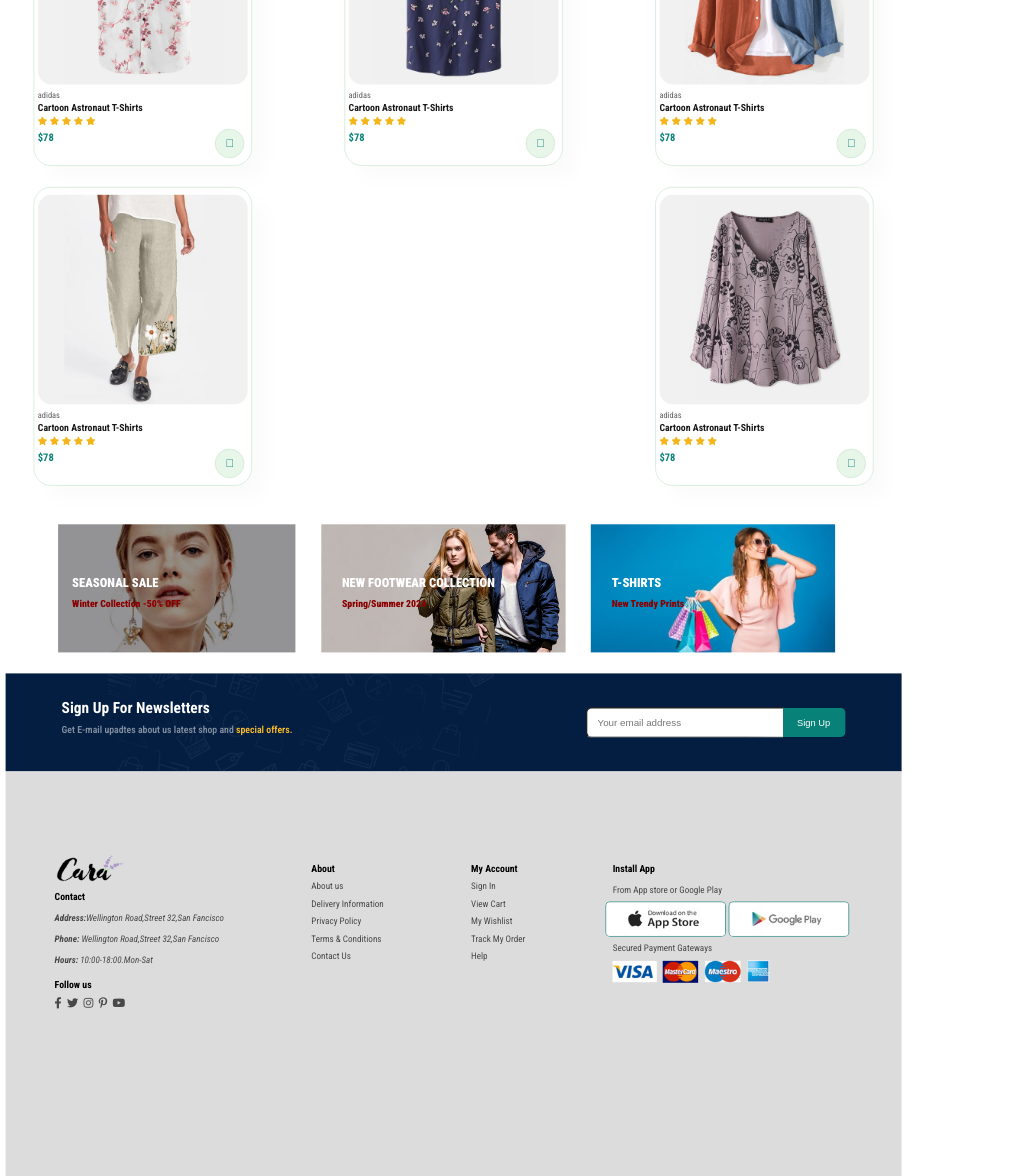
Repository: nhutduy-1905/web_coban
Page: src/index/index.html
These files come from the project's save history. The page is drawn as it stood at one moment and after the next save; the edit follows.
The browser window is 1280 px wide. The page is 1448 px wide, so the pictures cover 1448 px, including what lies to the right of the window. The pictures show the part of the page from y = 2060 to 3740 px (the page is 3771 px tall), at 70% of full size.

Above is the page before, as saved 2024-11-19 21:40:34.

After the next save:
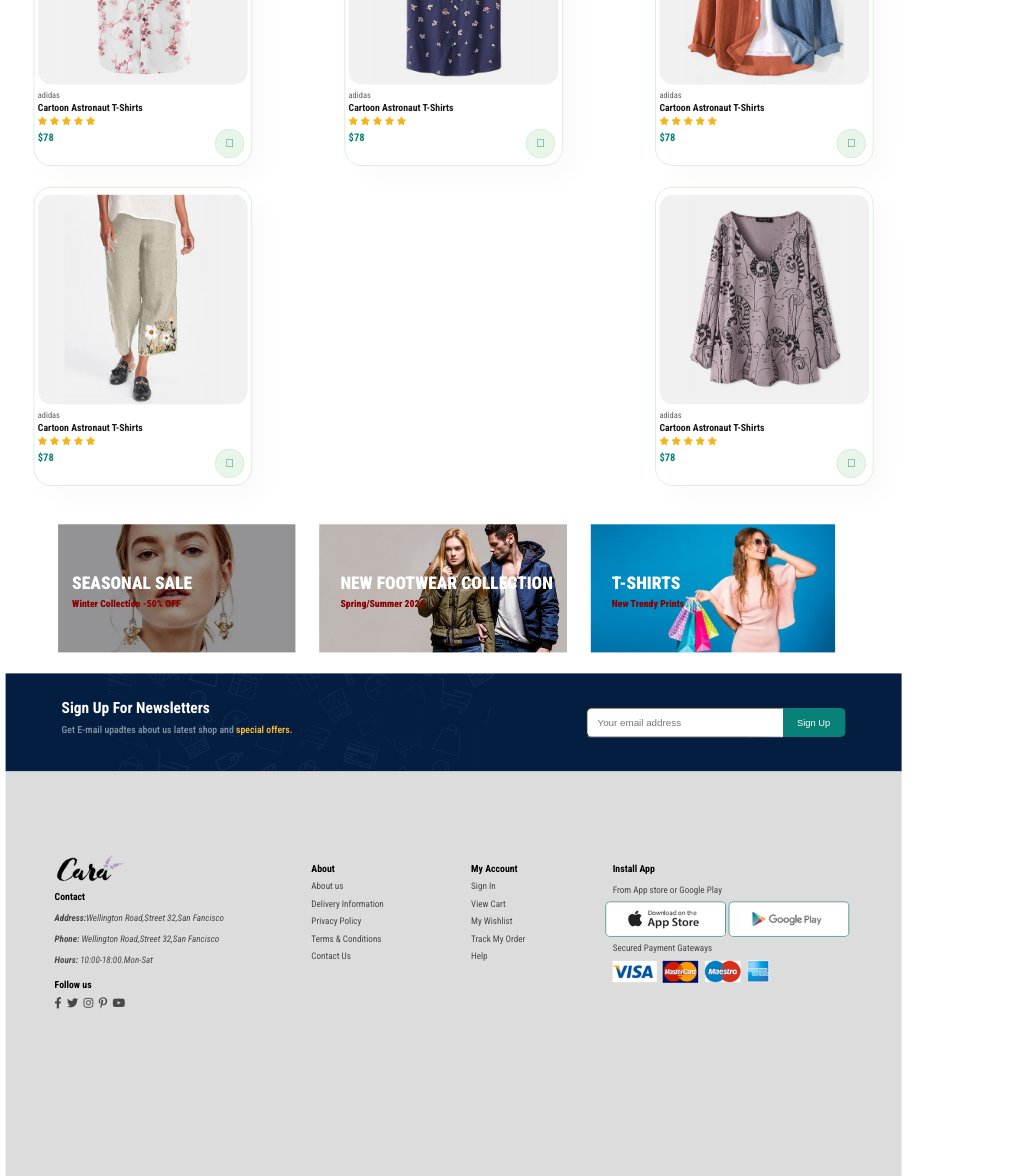
Saved 30 s later.
--- a/src/product/item.css
+++ b/src/product/item.css
@@ -38,7 +38,7 @@
  #banner3 h2 {
     color: #fff; /* Đặt màu chữ cho tiêu đề h2 là trắng */
     font-weight: 900; /* Thiết lập độ đậm cho chữ tiêu đề */
-    font-size: 18px; /* Đặt kích thước chữ cho tiêu đề */
+    font-size: 25px; /* Đặt kích thước chữ cho tiêu đề */
     margin-bottom: -20px;
     margin-right: 20px;
     margin-left: 20px;
